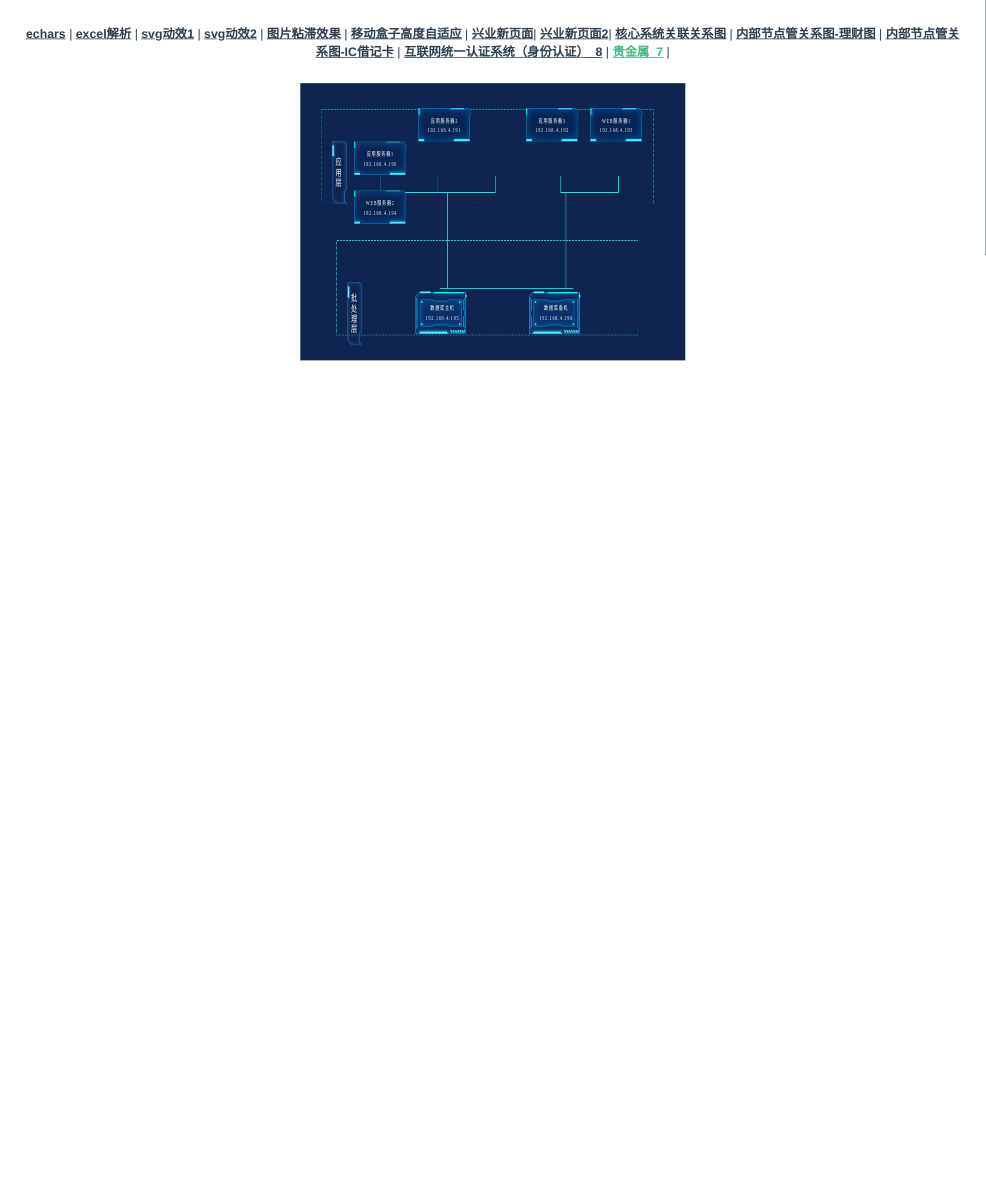
Repository: dmj199811/animation-dmj
Page: /#/work-page9
The author's editor kept a copy of each file at every save. The page is drawn from the files as they stood at one save, then again after the next save.
The browser window is 1280 px wide. The pictures show the whole page, at 77% of full size.
The project was rebuilt for these pictures with package versions that can differ from the ones it lists, and the page was loaded fresh each time.

Above is the page before, as saved 2020-07-05 17:04:05.

### src/App.vue
<template>
  <div id="app">
    <div id="nav"
         v-if="this.$store.state.pageShow">
      <router-link to="/">echars</router-link> |
      <router-link to="/xlsx-example">excel解析</router-link> |
      <router-link to="/svg-example1">svg动效1</router-link> |
      <router-link to="/svg-example2">svg动效2</router-link> |
      <router-link to="/work-message">图片粘滞效果</router-link> |
      <router-link to="/work-page2">移动盒子高度自适应</router-link> |
      <router-link to="/work-page3">兴业新页面</router-link>|
      <router-link to="/work-page4">兴业新页面2</router-link>|
      <router-link to="/work-page5">核心系统关联关系图</router-link> |
      <router-link to="/work-page6">内部节点管关系图-理财图</router-link> |
      <router-link to="/work-page7">内部节点管关系图-IC借记卡</router-link> |
      <router-link to="/work-page8">互联网统一认证系统（身份认证）_8</router-link> |
      <router-link to="/work-page9">贵金属_7</router-link> |
    </div>
    <router-view />
  </div>
</template>

<style lang="less">
body {
  margin: 0;
}
#app {
  font-family: Avenir, Helvetica, Arial, sans-serif;
  -webkit-font-smoothing: antialiased;
  -moz-osx-font-smoothing: grayscale;
  text-align: center;
  color: #2c3e50;
}

#nav {
  padding: 30px;

  a {
    font-weight: bold;
    color: #2c3e50;

    &.router-link-exact-active {
      color: #42b983;
    }
  }
}
</style>

### src/router/index.js
import Vue from 'vue'
import VueRouter from 'vue-router'

Vue.use(VueRouter)

const routes = [
  {
    path: '/',
    redirect: '/circle-echarts',
  },
  {
    path: '/circle-echarts',
    name: 'ani2',
    component: () => import('../views/circle-echarts/index.vue')
  },
  {
    path: '/xlsx-example',
    name: 'xlsx1',
    component: () => import('../views/xlsx1/index.vue')
  },
  {
    path: '/svg-example1',
    name: 'svg1',
    component: () => import('../views/svg1/index.vue')
  },
  {
    path: '/svg-example2',
    name: 'svg2',
    component: () => import('../views/svg2/index.vue')
  },
  {
    path: '/work-message',
    name: 'message1',
    component: () => import('../views/work/message/index.vue')
  },
  {
    path: '/work-page2',
    name: 'show1',
    component: () => import('../views/work/show1/index.vue')
  },
  {
    path: '/work-page3',
    name: 'show2',
    component: () => import('../views/newPage/index.vue')
  },
  {
    path: '/work-page4',
    name: 'show2',
    component: () => import('../views/newPage2/index.vue')
  },
  {
    path: '/work-page5',
    name: 'show3',
    component: () => import('../views/newPage3/index.vue')
  },
  {
    path: '/work-page6',
    name: 'show4',
    component: () => import('../views/newPage4/index.vue')
  },
  {
    path: '/work-page7',
    name: 'show5',
    component: () => import('../views/newPage5/index.vue')
  },
  {
    path: '/work-page8',
    name: 'show6',
    component: () => import('../views/newPage6/index.vue')
  },
  {
    path: '/work-page9',
    name: 'show7',
    component: () => import('../views/newPage7/index.vue')
  },
]

const router = new VueRouter({
  routes
})

export default router

### src/views/newPage7/index.vue
<template>
<!-- 贵金属_7 -->
  <div class="box">
    <div class="use-box">
      <div class="use-box-top">
        <div class="use-box-top-content">
          <div class="use-box-top-item web1">
            <div>应用服务器1</div>
            <div>192.168.4.190</div>
          </div>
          <div class="use-box-top-item web2">
            <div>应用服务器2</div>
            <div>192.168.4.191</div>
          </div>
          <div class="use-box-top-item web3">
            <div>应用服务器3</div>
            <div>192.168.4.192</div>
          </div>
          <div class="use-box-top-item web4">
            <div>WEB服务器1</div>
            <div>192.168.4.193</div>
          </div>
          <div class="use-box-top-item web5">
            <div>WEB服务器2</div>
            <div>192.168.4.194</div>
          </div>


        </div>
                <!-- 数据库主机 -->
        <div class="db-device">
          <div class="batch batch-pos1">
            <div class="batch-item ">
              <div>数据库主机</div>
              <div>192.169.4.195</div>
            </div>
          </div>
          <div class="batch batch-pos2">
            <div class="batch-item ">
              <div>数据库备机</div>
              <div>192.168.4.196</div>
            </div>
          </div>
        </div>

                <!-- 层 -->
        <div class="layer-all">
          <div class="layer layer-pos1">
            <div class="layer-item">
              <div>应用层</div>
            </div>
          </div>
          <div class="layer layer-pos2">
            <div class="layer-item">
              <div>批处理层</div>
            </div>
          </div>
        </div>

      </div>
    </div>
  </div>

</template>
<script>
export default {
  data () {
    return {}
  },
  mounted () {
    this.fullScreen()
    let a = {
      'ATM系统': 'N',
      '网上银行域': 'E',
      'IC借记卡系统': 'N',
      'CFP系统': 'W',
      '电话银行域': 'E',
      '金卡系统': 'N',
      '零售信贷系统': 'W',
      '联机交易转发平台': 'N',
      '核心联机交易平台': 'E',
      'OFEP': 'W',
      '会计辅助管理系统': 'W',
      '业务策略管控平台': 'E',
      '历史检索系统': 'N',
      '企业数据集成平台': 'N',
      '银联数据综合前置系统': 'E',
      '理财卡外包制卡系统': 'W',
      '数据仓库系统': 'E',
      '统一报表系统': 'W',
      '企业CRM系统': 'N'
    }

    this.dataToArray(a)
    window.onresize = () => {
      this.fullScreen()
    }
  },
  methods: {
    fullScreen () {
      $('.box').css('transform', `scale(${document.documentElement.clientWidth / 3840},${document.documentElement.clientHeight / 1440})`)
    },
    dataToArray (data) {

    }
  }
}
</script>
<style lang="less" scoped>
.box {
  text-align: left;
  transform-origin: 0 0;
  width: 3840px;
  height: 1440px;
}
.use-box {
  font-size: 18px;
  width: 1500px;
  box-sizing: border-box;
  height: 720px;
  background: #0e2550;
  margin: 0 auto;
  color: white;
  background-image: url(./img/bg-line.png);
  background-size: 97% 100%;
  position: relative;
}
.use-box div {
  box-sizing: border-box;
}
.use-box-top {

}

.use-box-top-content {

}

.use-box-top-item {
  width: 203px;
  height: 86px;
  line-height:25px;
  background-image: url(./img/leftBlue.png);
  background-size: 100% 100%;
  font-size:16px;
  letter-spacing: 3px;
  font-family:Adobe Heiti Std;
  font-weight:normal;
  color:rgba(255,255,255,1);
  text-align: center;
  padding-top: 20px;
  margin-left: 60px;

}

.use-box-top-content .web1 {
  position: absolute;
  top: 152px;
  left: 150px;
}
.use-box-top-content .web2 {
  position: absolute;
  top: 65px;
  left: 400px;
}
.use-box-top-content .web3 {
  position: absolute;
  top: 65px;
  left: 820px;
}
.use-box-top-content .web4 {
  position: absolute;
  top: 65px;
  left: 1070px;
}
.use-box-top-content .web5 {
  position: absolute;
  top: 279px;
  left: 150px;
}


.batch {
  width:  200px;
  height: 110px;
  background-image: url(./img/db-blue.png);
  background-size: 100% 100%;
  overflow: hidden;
}

.batch-item {
  width:192px;
  height:60px;
  font-size:16px;
  font-family:Adobe Heiti Std;
  font-weight:normal;
  color:rgba(255,255,255,1);
  line-height:25px;
  letter-spacing: 3px;
  text-align: center;
  margin-top: 30px;
  margin-left: 10px;
}

.batch-pos1 {
  position: absolute;
  top: 541px;
  left: 448px;
}
.batch-pos2 {
  position: absolute;
  top: 541px;
  left: 891px;
}
.layer {
  background-image: url(./img/side-blue.png);
  background-size: 100% 100%;
  width: 64px;
  height: 168px;
  display: flex;
  text-align: center;
}

.layer-item {
  line-height: 24px;
  font-size:24px;
  letter-spacing: 3px;
  writing-mode: vertical-lr;/*从左向右 从右向左是 writing-mode: vertical-rl;*/
  writing-mode: tb-lr;/*IE浏览器的从左向右 从右向左是 writing-mode: tb-rl；*/
  margin-left: 15px;
}


.layer-pos1 {
  position: absolute;
  top: 148px;
  left: 120px;
}

.layer-pos2 {
  position: absolute;
  top: 515px;
  left: 180px;
}

</style>

Loaded but not shown: public/index.html (common file); src/main.js (common file); src/store/index.js (common file)

After the next save:
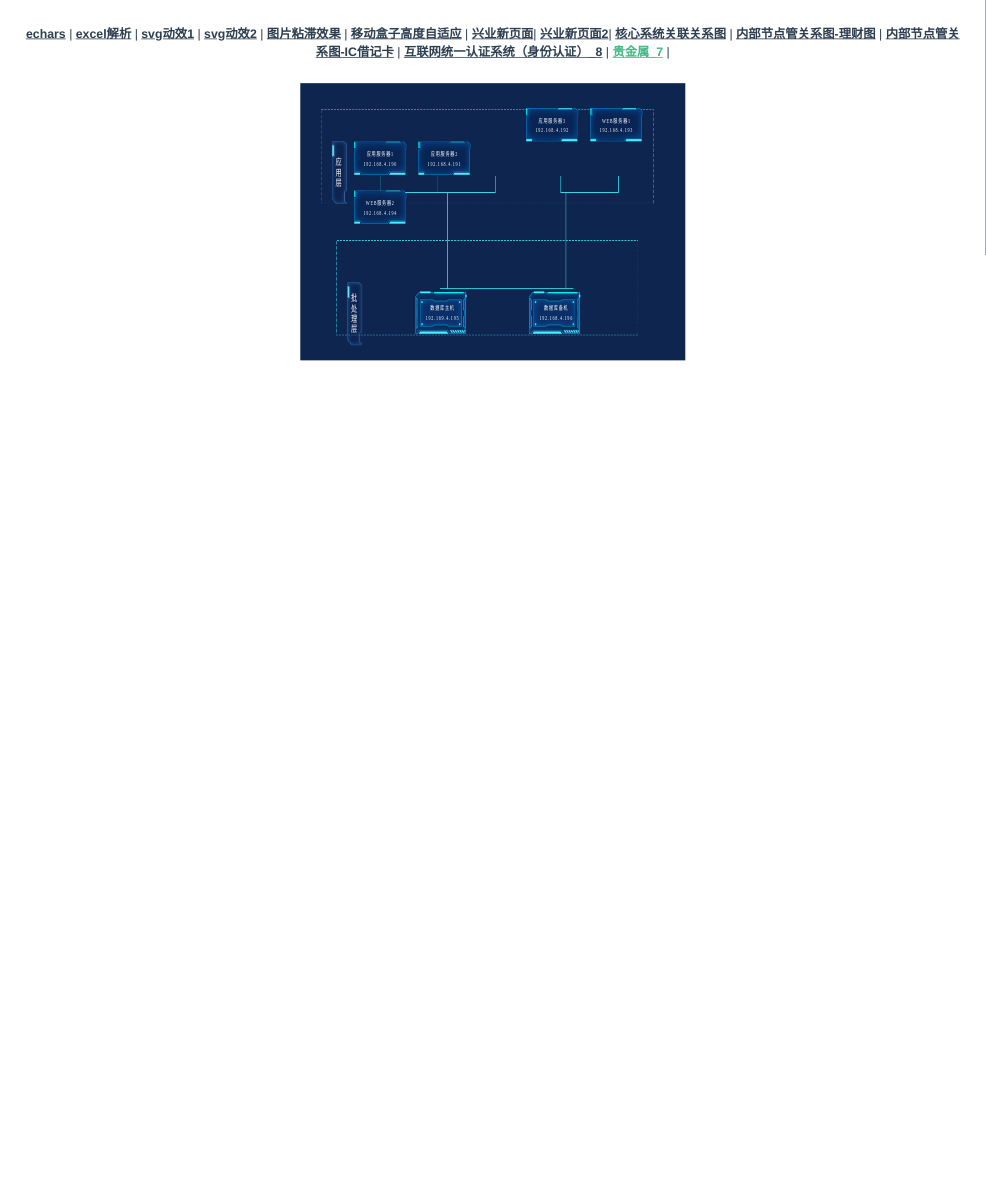
Saved 10 s later.
--- a/src/views/newPage7/index.vue
+++ b/src/views/newPage7/index.vue
@@ -160,7 +160,7 @@ export default {
 }
 .use-box-top-content .web2 {
   position: absolute;
-  top: 65px;
+  top: 152px;
   left: 400px;
 }
 .use-box-top-content .web3 {
